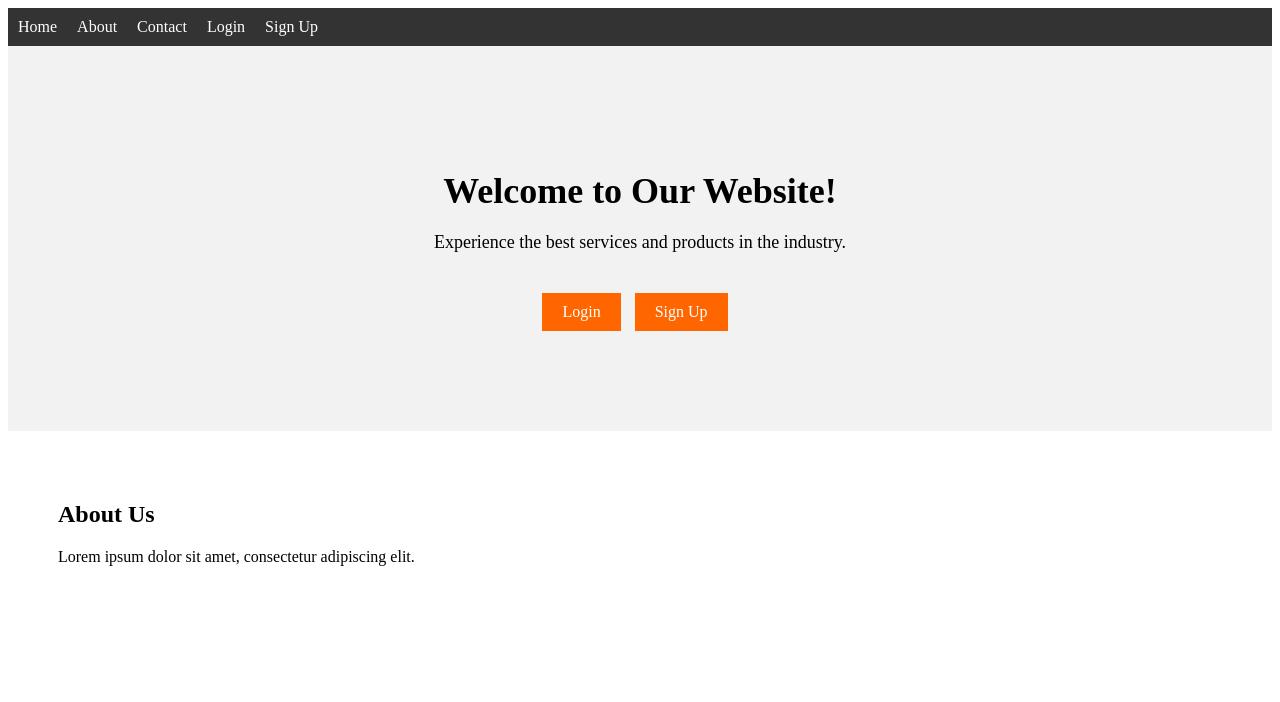
Repository: rohann12/RepairMate
Page: Garage/src/main/webapp/JSP/Index.html
These files come from the project's save history. The page is drawn as it stood at one moment and after the next save; the edit follows.
The browser window is 1280 px wide. The pictures show the whole page.

Above is the page before, as saved 2023-06-17 10:53:41.

### Garage/src/main/webapp/JSP/Index.html
<!DOCTYPE html>
<html>
<head>
  <title>RepairMate</title>
  <link rel="stylesheet" href="../CSS/style.css"/>
</head>
<body>
  <!-- Navigation Bar -->
  <nav>
    <ul>
      <li><a href="home.html">Home</a></li>
      <li><a href="about.html">About</a></li>
      <li><a href="contact.html">Contact</a></li>
      <li class="login"><a href="login.html">Login</a></li>
      <li class="signup"><a href="signup.html">Sign Up</a></li>
    </ul>
  </nav>

  <!-- Landing Page Content -->
  <div class="landing-page">
    <h1>Welcome to Our Website!</h1>
    <p>Experience the best services and products in the industry.</p>
    <div class="cta-buttons">
      <a href="login.html">Login</a>
      <a href="signup.html">Sign Up</a>
    </div>
  </div>

  <!-- Other content of the landing page -->
  <div class="other-content">
    <h2>About Us</h2>
    <p>Lorem ipsum dolor sit amet, consectetur adipiscing elit.</p>
  </div>
</body>
</html>

### Garage/src/main/webapp/CSS/style.css
 /* Navigation Bar Styles */
    nav {
      background-color: #333;
      padding: 10px;
    }

    ul {
      list-style-type: none;
      margin: 0;
      padding: 0;
      overflow: hidden;
    }

    li {
      float: left;
      margin-right: 20px;
    }

    li a {
      color: #fff;
      text-decoration: none;
      font-size: 16px;
    }

    li a:hover {
      color: #ff6600;
    }

    /* Landing Page Styles */
    .landing-page {
      text-align: center;
      padding: 100px;
      background-color: #f2f2f2;
    }

    .landing-page h1 {
      font-size: 36px;
      margin-bottom: 20px;
    }

    .landing-page p {
      font-size: 18px;
      margin-bottom: 40px;
    }

    .cta-buttons a {
      display: inline-block;
      padding: 10px 20px;
      background-color: #ff6600;
      color: #fff;
      text-decoration: none;
      margin-right: 10px;
      font-size: 16px;
    }

    .cta-buttons a:hover {
      background-color: #ff8533;
    }

    /* Other Content Styles */
    .other-content {
      padding: 50px;
      background-color: #fff;
    }

    .other-content h2 {
      font-size: 24px;
      margin-bottom: 20px;
    }

    .other-content p {
      font-size: 16px;
    }

### Garage/src/main/webapp/CSS/reg.css
body {
	font-family: Arial, sans-serif;
	background-color: #f2f2f2;
}

h2 {
	text-align: center;
	margin-top: 50px;
}

form {
	width: 300px;
	margin: 0 auto;
	padding: 20px;
	background-color: #fff;
	border-radius: 5px;
	box-shadow: 0 0 5px rgba(0, 0, 0, 0.2);
}

label {
	font-weight: bold;
}

input[type="text"], input[type="password"], input[type="number"] {
	width: 100%;
	padding: 10px;
	margin-bottom: 10px;
	border: 1px solid #ccc;
	border-radius: 4px;
	box-sizing: border-box;
	font-family: FontAwesome, Arial, sans-serif;
}

.error-message {
	color: red;
}

.backend-error-message {
	color: red;
	text-align: center;
}

button[type="submit"], button[type="button"] {
	width: 100%;
	padding: 10px;
	background-color: #007bff; /* Modern and techy blue color */
	color: #fff;
	border: none;
	border-radius: 4px;
	cursor: pointer;
	font-size: 16px;
}

button[type="submit"]:hover, button[type="button"]:hover {
	background-color: #0056b3; /* Darker shade on hover */
}

hr {
	margin-top: 20px;
	margin-bottom: 10px;
	border: 0;
	border-top: 1px solid #ccc;
}

span {
	display: block;
	text-align: center;
}

span b {
	font-weight: bold;
}

a {
	text-decoration: none;
}

After the next save:
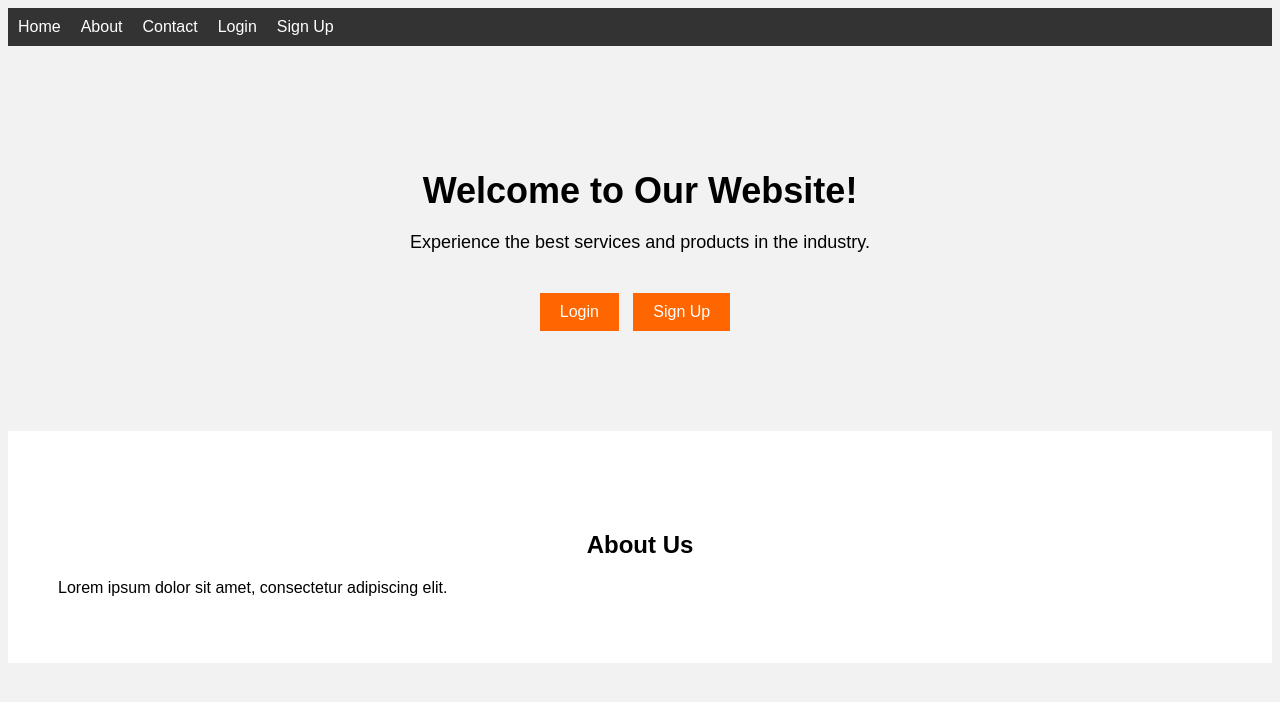
Saved 33 s later.
--- a/Garage/src/main/webapp/JSP/Index.html
+++ b/Garage/src/main/webapp/JSP/Index.html
@@ -3,6 +3,7 @@
 <head>
   <title>RepairMate</title>
   <link rel="stylesheet" href="../CSS/style.css"/>
+  <link rel="stylesheet" href="../CSS/reg.css" />
 </head>
 <body>
   <!-- Navigation Bar -->

After the save that followed:
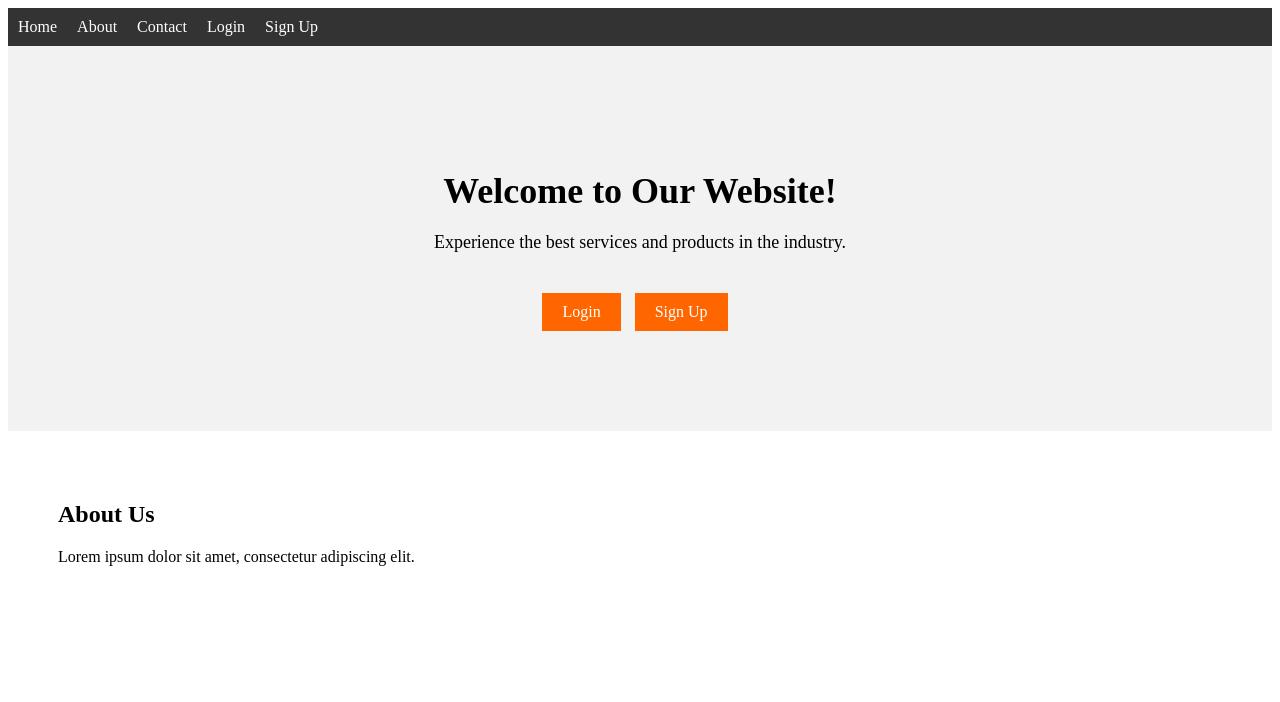
Saved 76 s later.
--- a/Garage/src/main/webapp/JSP/Index.html
+++ b/Garage/src/main/webapp/JSP/Index.html
@@ -3,7 +3,7 @@
 <head>
   <title>RepairMate</title>
   <link rel="stylesheet" href="../CSS/style.css"/>
-  <link rel="stylesheet" href="../CSS/reg.css" />
+
 </head>
 <body>
   <!-- Navigation Bar -->
